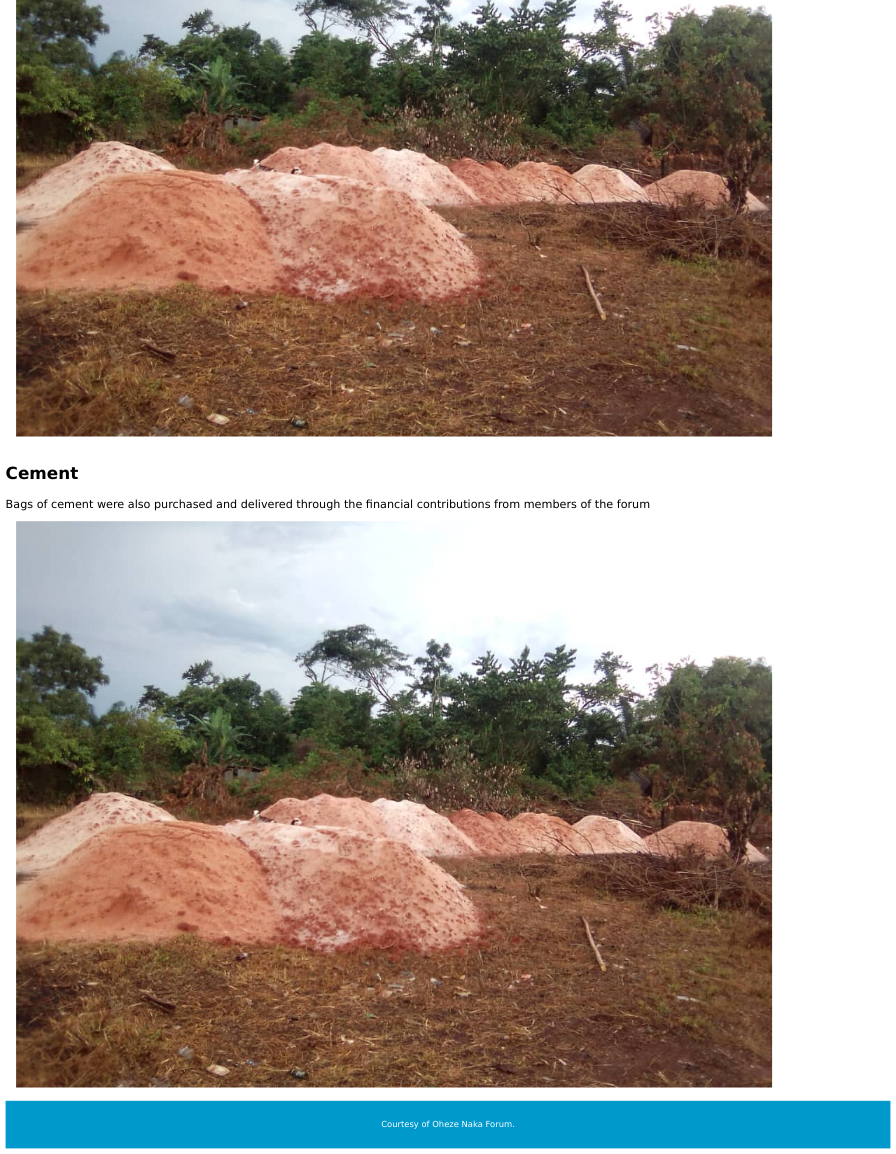
Repository: OtasowieRotimiOsifo/oheze-naka-forum
Page: projects_update_info.html
The author's editor kept a copy of each file at every save. The page is drawn from the files as they stood at one save, then again after the next save.
The browser window is 1280 px wide. The pictures show the part of the page from y = 4021 to 5941 px (the page is 5670 px tall before and 5941 px after), at 70% of full size.

Above is the page before, as saved 2021-07-23 23:48:05.

### projects_update_info.html
<!DOCTYPE html>
<html lang="en">

<meta name="viewport" content="width=device-width, initial-scale=1.0">
<style>
* {
  box-sizing: border-box;
}

.row::after {
  content: "";
  clear: both;
  display: table;
}

[class*="col-"] {
  float: left;
  padding: 15px;
}

html {
  font-family: "Lucida Sans", sans-serif;
}

.header {
  background-color: #9933cc;
  color: #ffffff;
  padding: 15px;
}

.menu ul {
  list-style-type: none;
  margin: 0;
  padding: 0;
}

.menu li {
  padding: 8px;
  margin-bottom: 7px;
  background-color: #33b5e5;
  color: #ffffff;
  box-shadow: 0 1px 3px rgba(0,0,0,0.12), 0 1px 2px rgba(0,0,0,0.24);
}

.menu li:hover {
  background-color: #0099cc;
}

.aside {
  background-color: #4E38A9;
  padding: 15px;
  color: #ffffff;
  text-align: center;
  font-size: 14px;
  box-shadow: 0 1px 3px rgba(0,0,0,0.12), 0 1px 2px rgba(0,0,0,0.24);
}

.footer {
  background-color: #0099cc;
  color: #ffffff;
  text-align: center;
  font-size: 12px;
  padding: 15px;
}

/* For mobile phones: */
[class*="col-"] {
  width: 100%;
}

@media only screen and (min-width: 600px) {
  /* For tablets: */
  .col-s-1 {width: 8.33%;}
  .col-s-2 {width: 16.66%;}
  .col-s-3 {width: 25%;}
  .col-s-4 {width: 33.33%;}
  .col-s-5 {width: 41.66%;}
  .col-s-6 {width: 50%;}
  .col-s-7 {width: 58.33%;}
  .col-s-8 {width: 66.66%;}
  .col-s-9 {width: 75%;}
  .col-s-10 {width: 83.33%;}
  .col-s-11 {width: 91.66%;}
  .col-s-12 {width: 100%;}
}
@media only screen and (min-width: 768px) {
  /* For desktop: */
  .col-1 {width: 8.33%;}
  .col-2 {width: 16.66%;}
  .col-3 {width: 25%;}
  .col-4 {width: 33.33%;}
  .col-5 {width: 41.66%;}
  .col-6 {width: 50%;}
  .col-7 {width: 58.33%;}
  .col-8 {width: 66.66%;}
  .col-9 {width: 75%;}
  .col-10 {width: 83.33%;}
  .col-11 {width: 91.66%;}
  .col-12 {width: 100%;}
}
</style>
<head>
<title> Project Updates </title>
</head>
<body>

<div class="header">
  <h1>Project Updates</h1>
</div>
<div class="row">
  <h2>Primary School Renovation Project</h2>
  <div class="col-8 col-s-9">

      <ul>
        <li>Preparation of land for the construction of a new block of three classrooms</li>
        <li>Purchase of building materials for the construction project</li>
        <li>Moulding of blocks that will be used for the construction</li>
      </ul>
    </div>
  </div>
  <div class="row">
    <h2>Land Preparation</h2>
    <span>Preparation of the parcel of land for the project was performed by the indigenes residing in the village</span>
    <div  class="col-12 col-s-12">
      <img src="project_updates/ground-preparation.jpeg"/>
  </div>
  </div>
  <div class="row">
    <h2>Delivery of sand for the project</h2>
    <span>Purchase and delivery of raw materials was achieved through the financial contributions from members of the forum</span>
    <div  class="col-12 col-s-12">
      <img src="project_updates/delivery-of-sand.jpeg"/>
  </div>
  </div>
  <div class="row">
    <div  class="col-12 col-s-12">
      <img src="project_updates/delivery-of-sand-2.jpeg"/>
  </div>
  </div>
  <div class="row">
    <div  class="col-12 col-s-12">
      <img src="project_updates/sand.jpeg"/>
  </div>
  </div>
  <div class="row">
    <h2> Cement</h2>
    <span>Bags of cement were also purchased and delivered through the financial contributions from members of the forum</span>
    <div  class="col-12 col-s-12">
      <img src="project_updates/sand.jpeg"/>
  </div>
  </div>
<div class="footer">
  <p>Courtesy of Oheze Naka Forum.</p>
</div>

</body>
</html>

After the next save:
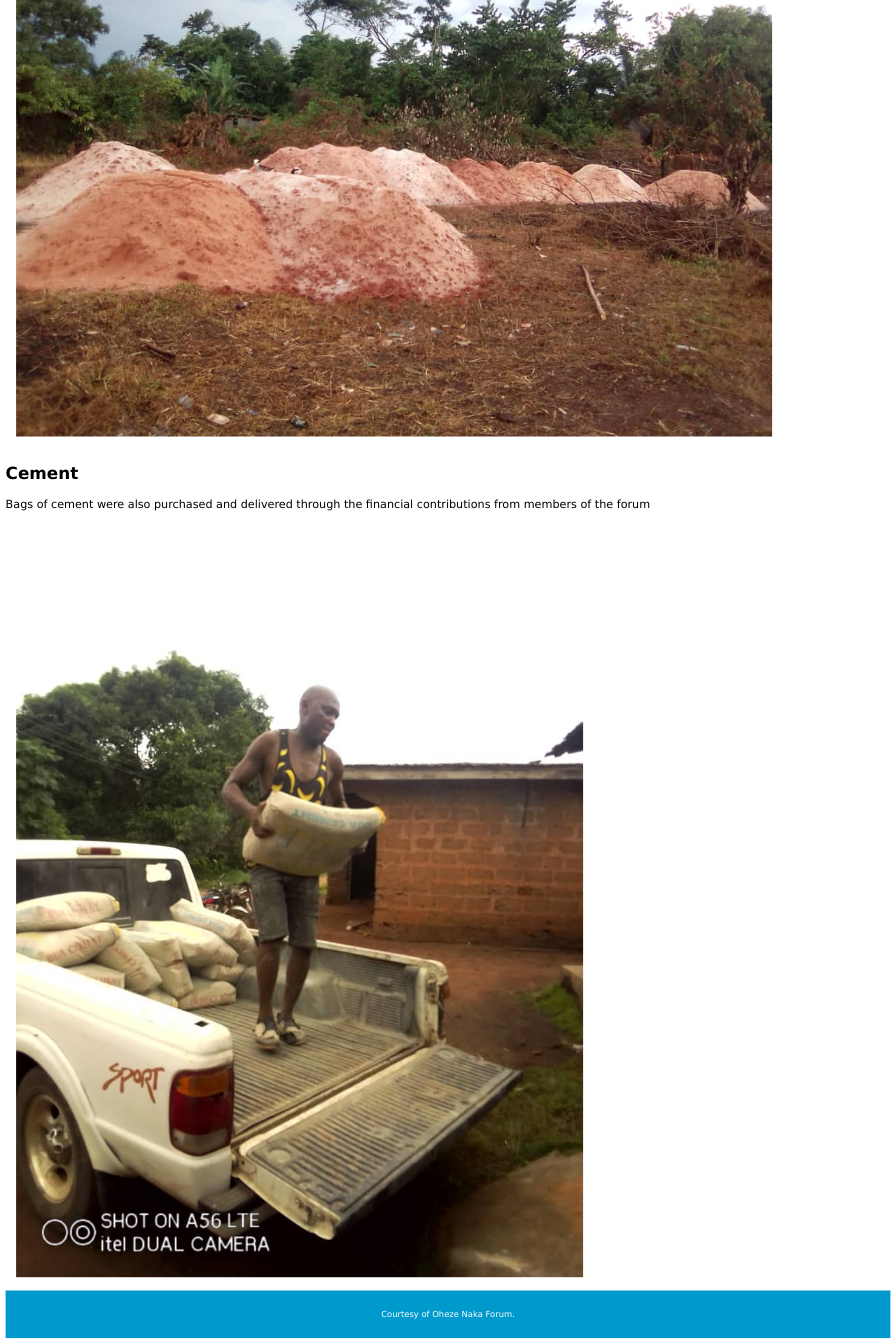
Saved 23 s later.
--- a/projects_update_info.html
+++ b/projects_update_info.html
@@ -146,7 +146,7 @@ html {
     <h2> Cement</h2>
     <span>Bags of cement were also purchased and delivered through the financial contributions from members of the forum</span>
     <div  class="col-12 col-s-12">
-      <img src="project_updates/sand.jpeg"/>
+      <img src="project_updates/delivery-of-cement.jpeg"/>
   </div>
   </div>
 <div class="footer">
